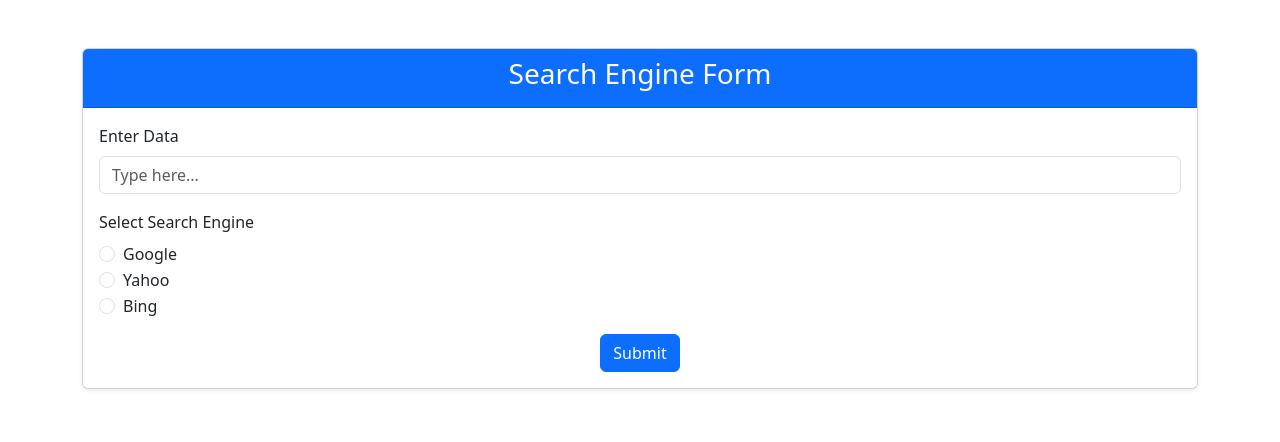
Repository: Prasad-R-Patil/WebBaseJava
Page: SearchEngien/src/main/webapp/index.html
The author's editor kept a copy of each file at every save. The page is drawn from the files as they stood at one save, then again after the next save.
The browser window is 1280 px wide. The pictures show the whole page.

Above is the page before, as saved 2025-05-15 11:39:04.

### SearchEngien/src/main/webapp/index.html
<!DOCTYPE html>
<html lang="en">
<head>
    <meta charset="UTF-8">
    <meta name="viewport" content="width=device-width, initial-scale=1">
    <title>Search Form</title>
    <!-- Bootstrap CSS -->
    <link href="https://cdn.jsdelivr.net/npm/bootstrap@5.3.0/dist/css/bootstrap.min.css" rel="stylesheet">
</head>
<body>
    <div class="container mt-5">
        <div class="card shadow-sm">
            <div class="card-header bg-primary text-white text-center">
                <h3>Search Engine Form</h3>
            </div>
            <div class="card-body">
                <form action="SearchServlet" method="post">
                    <div class="mb-3">
                        <label class="form-label">Enter Data</label>
                        <input type="text" name="textData" class="form-control" placeholder="Type here...">
                    </div>
                    <div class="mb-3">
                        <label class="form-label">Select Search Engine</label>
                        <div class="form-check">
                            <input class="form-check-input" type="radio" name="engin" value="google">
                            <label class="form-check-label">Google</label>
                        </div>
                        <div class="form-check">
                            <input class="form-check-input" type="radio" name="engin" value="yahoo">
                            <label class="form-check-label">Yahoo</label>
                        </div>
                        <div class="form-check">
                            <input class="form-check-input" type="radio" name="engin" value="bing">
                            <label class="form-check-label">Bing</label>
                        </div>
                    </div>
                    <div class="text-center">
                        <input type="submit" value="Submit" class="btn btn-primary">
                    </div>
                </form>
            </div>
        </div>
    </div>

    <!-- Bootstrap JS (optional, for interactive components) -->
    <script src="https://cdn.jsdelivr.net/npm/bootstrap@5.3.0/dist/js/bootstrap.bundle.min.js"></script>
</body>
</html>

After the next save:
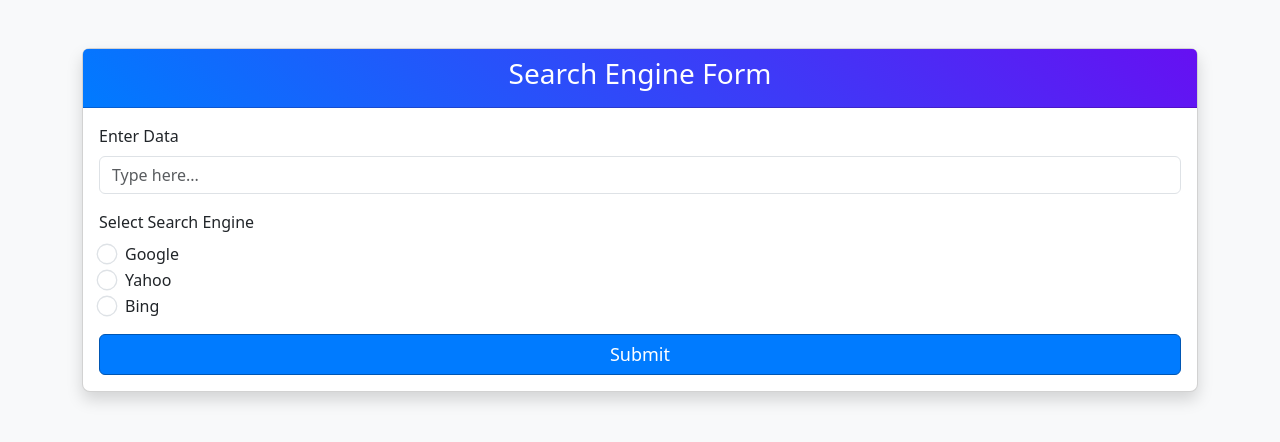
Saved 4 min 50 s later.
--- a/SearchEngien/src/main/webapp/index.html
+++ b/SearchEngien/src/main/webapp/index.html
@@ -6,11 +6,36 @@
     <title>Search Form</title>
     <!-- Bootstrap CSS -->
     <link href="https://cdn.jsdelivr.net/npm/bootstrap@5.3.0/dist/css/bootstrap.min.css" rel="stylesheet">
+    <style>
+        body {
+            background-color: #f8f9fa;
+        }
+        .card {
+            background: #ffffff;
+            border-radius: 8px;
+            box-shadow: 0 4px 8px rgba(0, 0, 0, 0.2);
+        }
+        .card-header {
+            background: linear-gradient(45deg, #007bff, #6610f2);
+            color: white;
+            text-align: center;
+        }
+        .btn-primary {
+            background-color: #007bff;
+            border-color: #0056b3;
+            font-size: 18px;
+            width: 100%;
+        }
+        .form-check-input {
+            transform: scale(1.3); /* Enlarges radio buttons */
+            margin-right: 10px;
+        }
+    </style>
 </head>
 <body>
     <div class="container mt-5">
-        <div class="card shadow-sm">
-            <div class="card-header bg-primary text-white text-center">
+        <div class="card shadow">
+            <div class="card-header">
                 <h3>Search Engine Form</h3>
             </div>
             <div class="card-body">
@@ -22,16 +47,16 @@
                     <div class="mb-3">
                         <label class="form-label">Select Search Engine</label>
                         <div class="form-check">
-                            <input class="form-check-input" type="radio" name="engin" value="google">
-                            <label class="form-check-label">Google</label>
+                            <input class="form-check-input" type="radio" name="engin" value="google" id="google">
+                            <label class="form-check-label" for="google">Google</label>
                         </div>
                         <div class="form-check">
-                            <input class="form-check-input" type="radio" name="engin" value="yahoo">
-                            <label class="form-check-label">Yahoo</label>
+                            <input class="form-check-input" type="radio" name="engin" value="yahoo" id="yahoo">
+                            <label class="form-check-label" for="yahoo">Yahoo</label>
                         </div>
                         <div class="form-check">
-                            <input class="form-check-input" type="radio" name="engin" value="bing">
-                            <label class="form-check-label">Bing</label>
+                            <input class="form-check-input" type="radio" name="engin" value="bing" id="bing">
+                            <label class="form-check-label" for="bing">Bing</label>
                         </div>
                     </div>
                     <div class="text-center">
